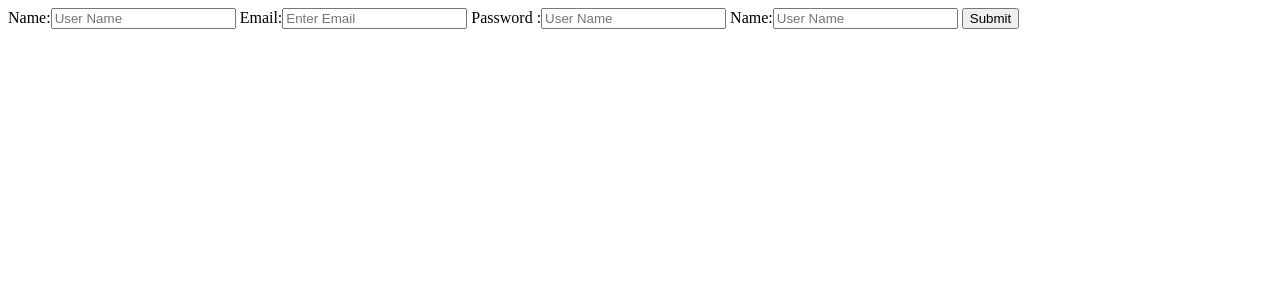
Repository: Ajay9554/javaPrograms
Page: http://localhost/Register/register.jsp
These files come from the project's save history. The page is drawn as it stood at one moment and after the next save; the edit follows.
The browser window is 1280 px wide. The pictures show the whole page.
The page is served by Tomcat 9. Nobody is signed in. The application's start-up code is not run.

Above is the page before, as saved 2023-10-17 14:12:36.

### eclipse-workspace/aug1pro/Register/src/main/webapp/register.jsp
<%@ page language="java" contentType="text/html; charset=UTF-8"
    pageEncoding="UTF-8"%>
<!DOCTYPE html>
<html>
<head>
<meta charset="UTF-8">
<title>Registration</title>
</head>
<body>
		<form action="" method="post">
		 Name:<input type="text" name="name" placeholder="User Name">
		  Email:<input type="email" name="email" placeholder="Enter Email">
		   Password :<input type="password	" name="name" placeholder="User Name">
		    Name:<input type="text" name="name" placeholder="User Name">

			<button type="submit">Submit</button>


		</form>


</body>
</html>

After the next save:
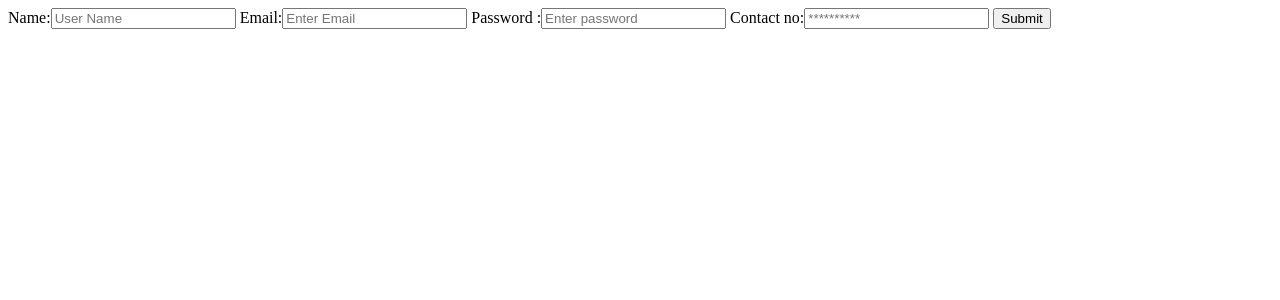
Saved 4 min 20 s later.
--- a/eclipse-workspace/aug1pro/Register/src/main/webapp/register.jsp
+++ b/eclipse-workspace/aug1pro/Register/src/main/webapp/register.jsp
@@ -10,8 +10,8 @@
 		<form action="" method="post">
 		 Name:<input type="text" name="name" placeholder="User Name">
 		  Email:<input type="email" name="email" placeholder="Enter Email">
-		   Password :<input type="password	" name="name" placeholder="User Name">
-		    Name:<input type="text" name="name" placeholder="User Name">
+		   Password :<input type="password" name="password" placeholder="Enter password">
+		    Contact no:<input type="text" name="contact" placeholder="**********">
 
 			<button type="submit">Submit</button>
 
